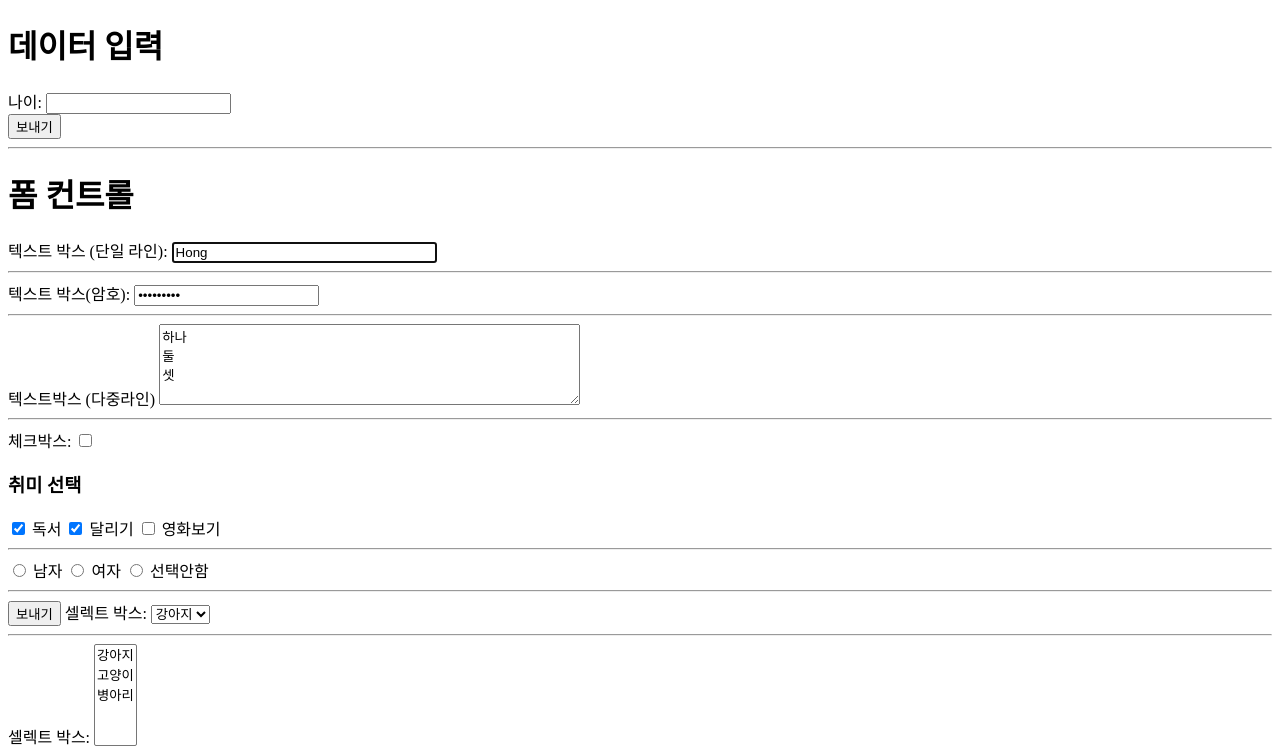
Repository: seula123/Front-End
Page: ClientTest/src/main/webapp/html/ex18_form.html
The author's editor kept a copy of each file at every save. The page is drawn from the files as they stood at one save, then again after the next save.
The browser window is 1280 px wide. The pictures show the whole page.

Above is the page before, as saved 2023-09-21 07:13:56.

### ClientTest/src/main/webapp/html/ex18_form.html
<!DOCTYPE html>
<html>
<head>
<meta charset="UTF-8">
<title>Insert title here</title>
</head>
<body>


	<!-- ex18_form.html -->

	<!--

		폼,form
		- 입력 양식, 입력 컨트롤
		- 클라이언트(사용자)로부터 입력장치(키보드, 마우스, 터치 등)을 통해서 데이터를 입력받는 역할
		- 입력 데이터> 서버로 전송 > 업무 활용 or 데이터 베이스 저장 등..
		ex) 텍스트 박스, 버튼, 체크 박스, 라디오 버튼 등..
		- <form> + <form>의 자식 태그들..



		<form>
		- 모든 입력 컨트롤을 감싸는 컨테이너
		- 스스로는 랜더링 결과가 없다. (출력되지않는다)
		- 입력한 값을 서버로 전송하는 역할(********)


		form.method
		- 데이터를 전송하는 방식
		- 택배(일반 우편| 등기 우편)
		1. POST
			- ex18_Server.jsp
			- 데이터를 상자안에 담아서 전송
			- 데이터가 노출x > 보안 o
			- 전송하는 데이터의 최대 길이 제한 > 무제한

		2. GET
			- -ex198_server.jsp?age=20
			- 데이터를 송장에 붙여서 전송
			- 전송되는 데이터가 노출(주소창)> 보안 x
			- 전송하는 데이터의 최대 길이 제한 > 256자 > 8000자 바이트
			- 긴 데이터는 전송 x

		form.action
		- 데이터를 수신하는 서버측 URL
		- 받는 사람 주소
		- 서버측 동작하고 있는 프로그램 주소 > JSP, Servlet, Spring 주소

	 -->

	 <h1> 데이터 입력</h1>

	 <form method="GET" action="ex18_server.jsp">


	 	나이: <input type = "text" name = "age">
	 	<br>
	 	<input type = "submit" value = "보내기">
	 </form>



	 <hr>

	 <h1> 폼 컨트롤 </h1>




	 <form method="get" action="ex18_server.jsp">

	 	<!--
	 		<input>
	 		- 인라인 태그
	 		- 단독 태그
	 		- input.type: 입력 컨트롤 종류 지정
	 		- input.name : 식별자
	 		- input.id : 식별자. CSS,JavaScript에서 사용
	 		- input.class : 식별자. CSS,JavaScript에서 사용
	 		- input.size: 길이(문자 개수)
	 		- input.maxlength: 최대 입력 길이(글자수)
	 		- input.readonly: 읽기 전용(전원 on)
	 		- input.disabled: 비활성화	(전원 off)
	 		- input.accesskey: 바로가기(Alt+조합ㄱ키)
            - input.autofocus: 자동 포커스
            - input.autocomplete : 자동 완성 끄기


	 	 -->

	 	텍스트 박스 (단일 라인):
	 	<input type = "text" name="txt1" id="txt1" class="txt" size = "30" value="Hong
	 	" accesskey="s" autofocus autocomplete="off">

	 	<hr>

	 	<!--

	 		암호 상자, Password Box, Masked Text Box
	 		- 모든 속성이 텍스트 박스와 동일

	 	 -->
	 	 텍스트 박스(암호):
	 	 <input type = "password" value ="12345
	 	 ">

	 	<!-- 텍스트 박스 (다중라인
	 		<textarea>
	 		- 쌍태그
	 		- 대부분의 속성은 텍스트 박스
	 		- maxlength 속성이 없다. > 많은 양의 텍스트를 입력받는 컨트롤
	 		- value 속성이 없다.
	 		- size > cols, rows
	 	-->
	 	 <hr>

	 	 텍스트박스 (다중라인)
		 <textarea cols = "50" rows="5">
하나
둘
셋
		 </textarea>

		 <hr>


		 <!-- 체크박스
		 	   - 논리값 입력

		 -->

		 체크박스:
		 <input type = "checkbox">

	 	<h3>취미 선택</h3>
	 	<input type = "checkbox" id="cb1" checked> <label for ="cb1">독서</lable>
	 	<input type = "checkbox" id ="cb2" checked
	 	> <label for = "cb2">달리기</label>
	 	<input type = "checkbox"> 영화보기

	 	<hr>

	 	<!--
	 		라디오 버튼
	 		- 체크 박스와 유사
	 		- 단일 선택 컨트롤
	 	-->
	 	<input type = "radio" name="rbGender"> 남자
	 	<input type ="radio" name="rbGender"> 여자
	 	<input type ="radio" name="rbGender"> 선택안함




		<hr>

		<!--

			셀렉트 박스
			- 콤보 박스 (Combo)
			- 드랍 다운 리스트 (Drop Down List)

			-->

	 	<input type = "submit" value ="보내기">

	 	셀렉트 박스:
	 	<select>
	 		<option>강아지</option>
	 		<option>고양이</option>
	 		<option>병아리</option>
	 	</select>

	 	<hr>

	 	셀렉트 박스:
	 	<select size="5">
	 		<option>강아지</option>
	 		<option>고양이</option>
	 		<option>병아리</option>
	 	</select>


	 </form>

</body>

</html>

After the next save:
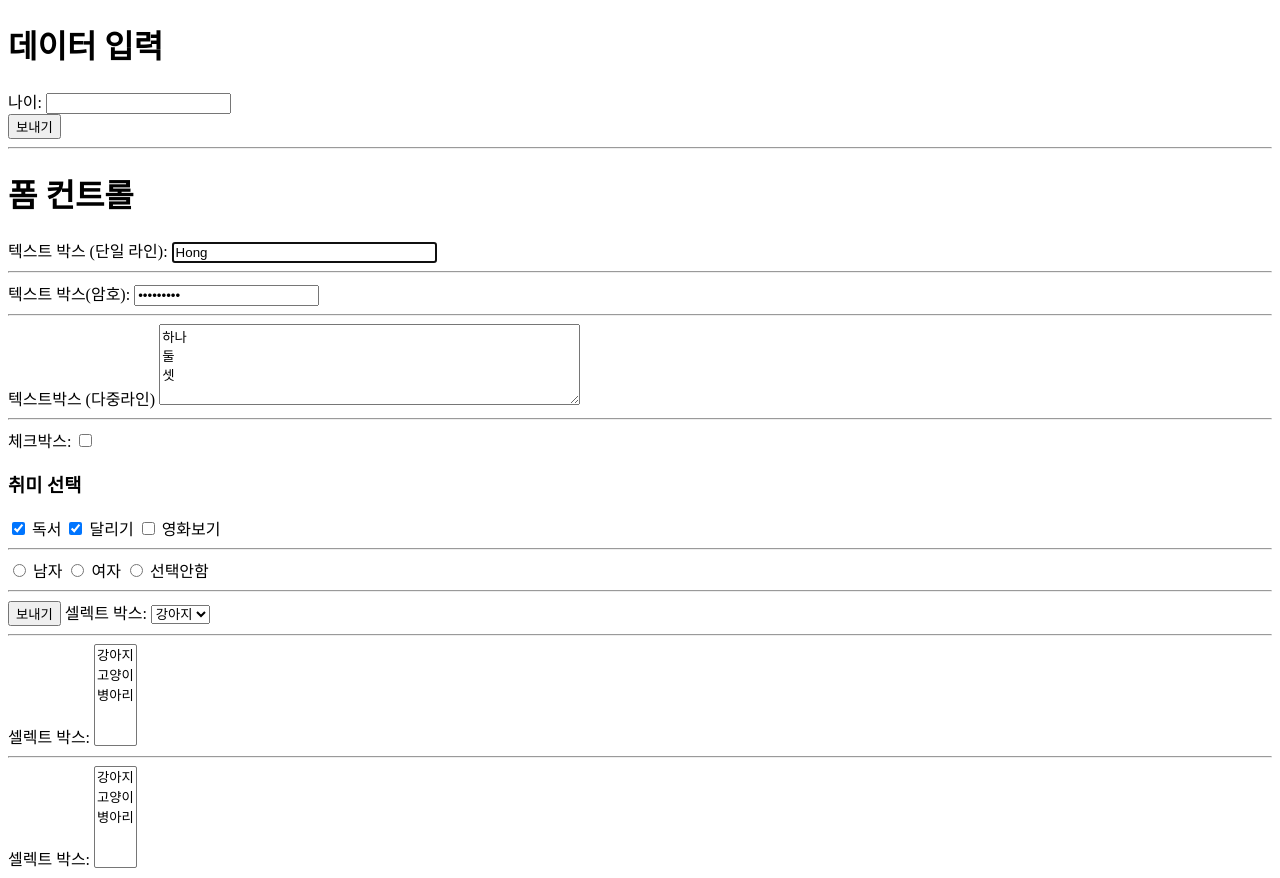
Saved 53 s later.
--- a/ClientTest/src/main/webapp/html/ex18_form.html
+++ b/ClientTest/src/main/webapp/html/ex18_form.html
@@ -175,12 +175,21 @@
 	 	<hr>
 
 	 	셀렉트 박스:
-	 	<select size="5">
+	 	<select size="5
+	 	">
 	 		<option>강아지</option>
 	 		<option>고양이</option>
 	 		<option>병아리</option>
 	 	</select>
 
+	 	<hr>
+
+	 	셀렉트 박스:
+	 	<select size="5" multiple>
+	 		<option>강아지</option>
+	 		<option>고양이</option>
+	 		<option>병아리</option>
+	 	</select>
 
 	 </form>
 
